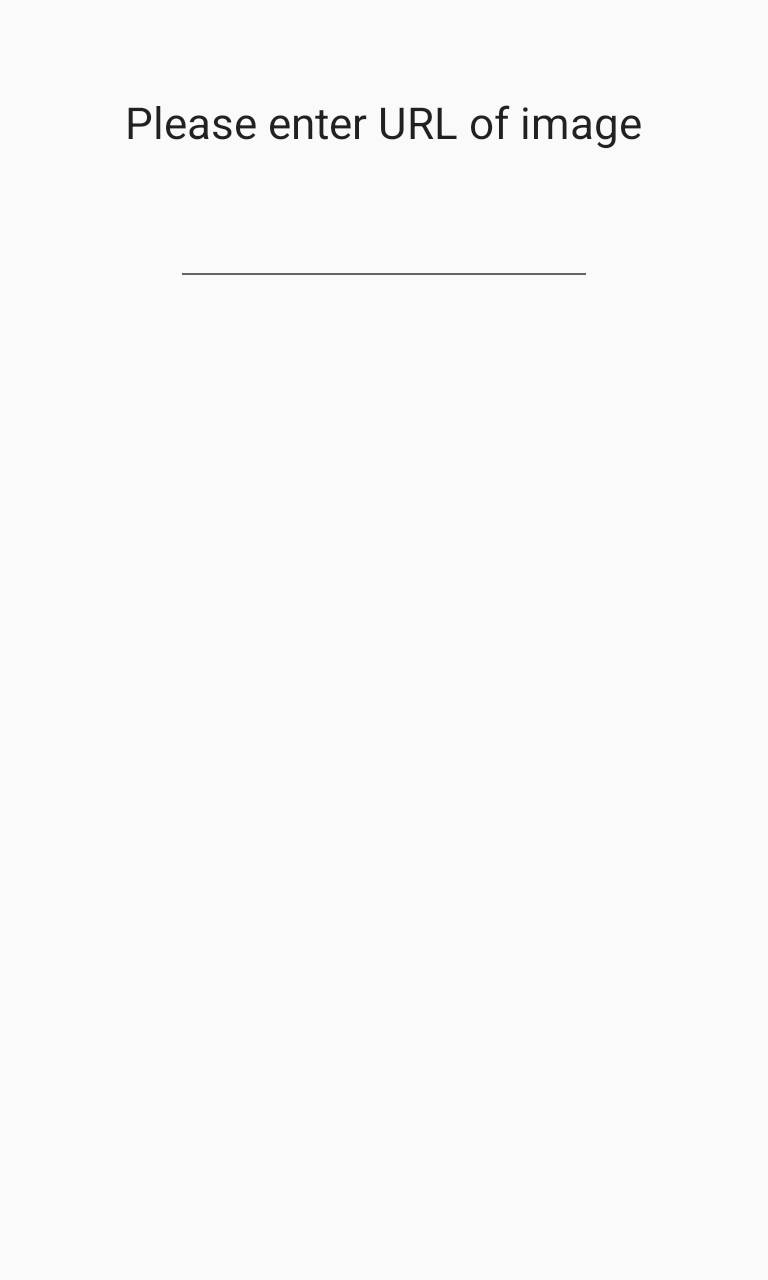
Repository: kavo555/Android-Development-for-College
Layout: ImageRetrieval/res/layout/activity_main.xml
The author's editor kept a copy of each file at every save. The layout is drawn from the files as they stood at one save, then again after the next save.
It is drawn on a 768 x 1280 px phone screen (xhdpi) without system bars, with theme AppTheme; the app's code is not run.

Above is the layout before, as saved 2014-11-02 23:00:44.

### ImageRetrieval/res/layout/activity_main.xml
<RelativeLayout xmlns:android="http://schemas.android.com/apk/res/android"
    xmlns:tools="http://schemas.android.com/tools"
    android:layout_width="match_parent"
    android:layout_height="match_parent"
    android:paddingBottom="@dimen/activity_vertical_margin"
    android:paddingLeft="@dimen/activity_horizontal_margin"
    android:paddingRight="@dimen/activity_horizontal_margin"
    android:paddingTop="@dimen/activity_vertical_margin"
    tools:context="com.example.imageretrieval.MainActivity" >

    <EditText
        android:id="@+id/editText1"
        android:layout_width="wrap_content"
        android:layout_height="wrap_content"
        android:layout_alignParentTop="true"
        android:layout_centerHorizontal="true"
        android:layout_marginTop="88dp"
        android:ems="10"
        android:inputType="textMultiLine" />

    <TextView
        android:id="@+id/textView1"
        android:layout_width="wrap_content"
        android:layout_height="wrap_content"
        android:layout_alignParentTop="true"
        android:layout_centerHorizontal="true"
        android:layout_marginTop="30dp"
        android:text="Please enter URL of image"
        android:textAppearance="?android:attr/textAppearanceLarge" />

</RelativeLayout>

Loaded but not shown: ImageRetrieval/res/values/styles.xml (common file); ImageRetrieval/res/values-v11/styles.xml (common file); ImageRetrieval/res/values-v14/styles.xml (common file); ImageRetrieval/res/values/dimens.xml (common file); ImageRetrieval/res/values-w820dp/dimens.xml (common file)

After the next save:
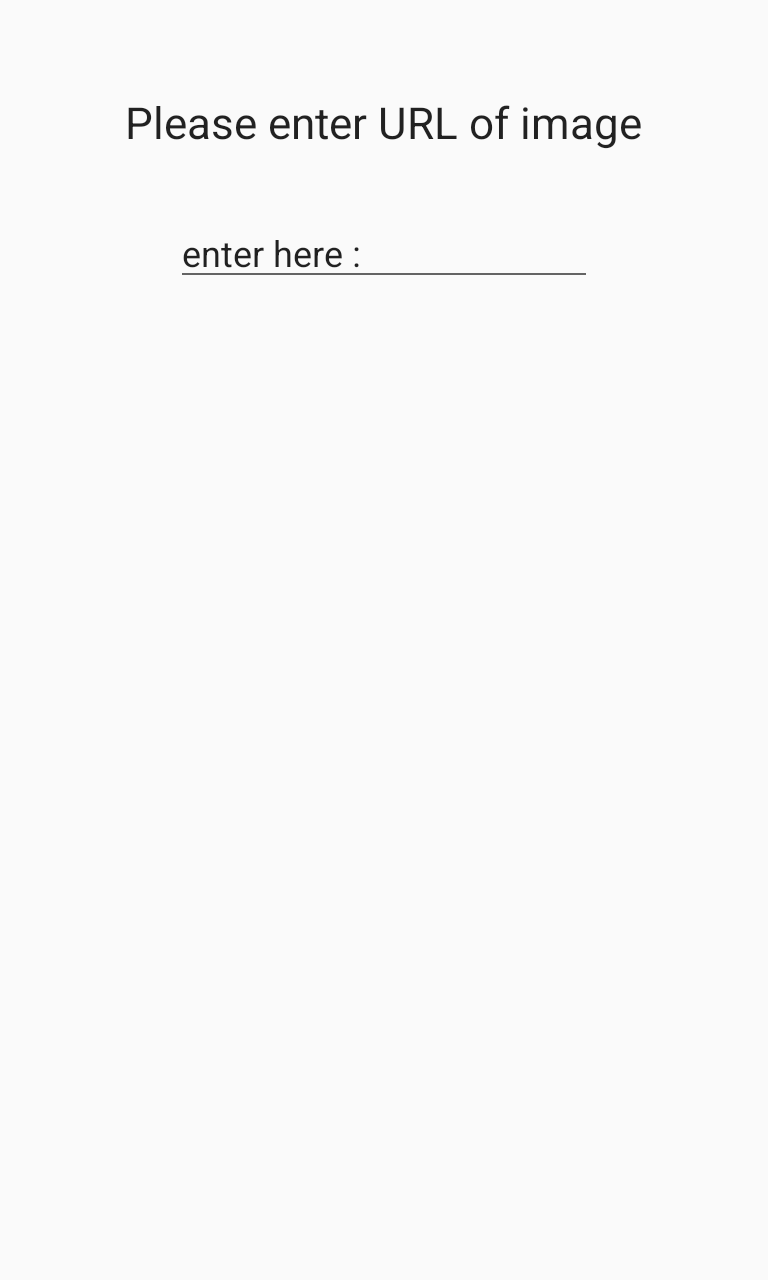
Saved 46 s later.
--- a/ImageRetrieval/res/layout/activity_main.xml
+++ b/ImageRetrieval/res/layout/activity_main.xml
@@ -16,7 +16,8 @@
         android:layout_centerHorizontal="true"
         android:layout_marginTop="88dp"
         android:ems="10"
-        android:inputType="textMultiLine" />
+        android:inputType="textMultiLine"
+        android:text="enter here :" />
 
     <TextView
         android:id="@+id/textView1"
